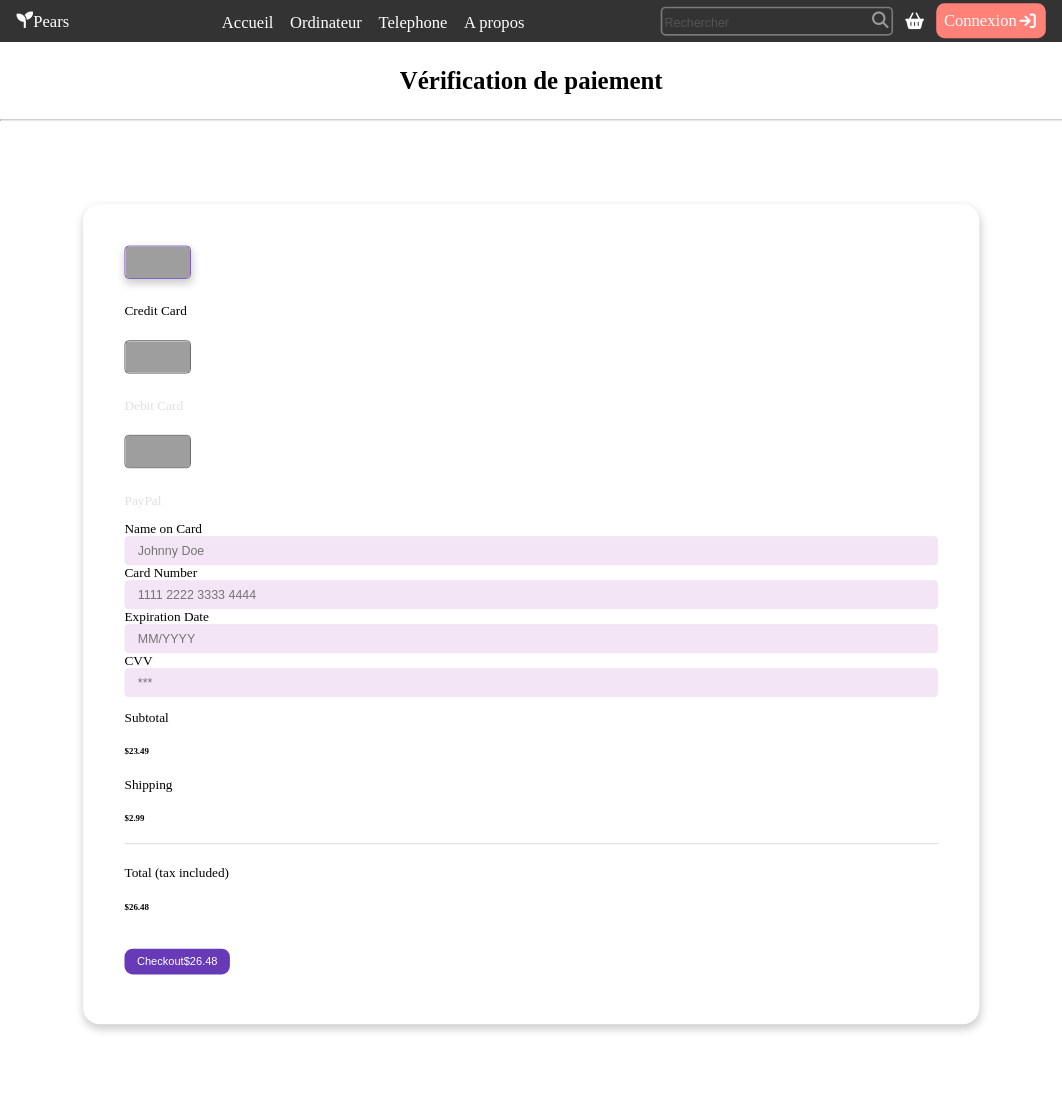
Repository: Kakouuu/PPE1-iPear
Page: http://localhost/Stage/verifpaiement.php
An editor plug-in stored every save of this project. The page is shown before and after the next save, followed by the edit.
The browser window is 1280 px wide. The pictures show the whole page, at 83% of full size.
Pictures or frames that could not be fetched are drawn as grey boxes. Some web libraries are served in a nearby version. The page is run by PHP 8.4 with error messages shown; the project is at /var/www/html/.

Above is the page before, as saved 2023-04-28 16:17:38.

### verifpaiement.php
<!DOCTYPE html>
<html lang="en">

<?php
    session_start();
    include "nav.php";
    ?>


<head>
    <meta charset="UTF-8">
    <title>Checkout</title>
    <link rel="stylesheet" href="css/verifpaiement.css">
    <link rel="stylesheet" href="https://stackpath.bootstrapcdn.com/bootstrap/4.3.1/js/bootstrap.bundle.min.js">
    <link rel="stylesheet" href="https://cdnjs.cloudflare.com/ajax/libs/font-awesome/5.10.0-11/css/all.min.css">
    <script rel="stylesheet" href="https://cdnjs.cloudflare.com/ajax/libs/jquery/3.2.1/jquery.min.js"></script>
    <script src="js/store.js"></script>
</head>

<body>



    <h3 class="title">Vérification de paiement</h3>
    <hr>

    <div class="row justify-content-center" style="margin:100px">
        <div class="col-lg-12">
            <div class="card" style="display : row;">
                <div class="row">
                    <div class="col-lg-3 radio-group">
                        <div class="row d-flex px-3 radio"> <img class="pay" src="https://i.imgur.com/WIAP9Ku.jpg">
                            <p class="my-auto">Credit Card</p>
                        </div>
                        <div class="row d-flex px-3 radio gray"> <img class="pay" src="https://i.imgur.com/OdxcctP.jpg">
                            <p class="my-auto">Debit Card</p>
                        </div>
                        <div class="row d-flex px-3 radio gray mb-3"> <img class="pay" src="https://i.imgur.com/cMk1MtK.jpg">
                            <p class="my-auto">PayPal</p>
                        </div>
                    </div>
                    <div class="col-lg-5">
                        <div class="row px-2">
                            <div class="form-group col-md-6"> <label class="form-control-label">Name on Card</label> <input type="text" id="cname" name="cname" placeholder="Johnny Doe"> </div>
                            <div class="form-group col-md-6"> <label class="form-control-label">Card Number</label> <input type="text" id="cnum" name="cnum" placeholder="1111 2222 3333 4444"> </div>
                        </div>
                        <div class="row px-2">
                            <div class="form-group col-md-6"> <label class="form-control-label">Expiration Date</label> <input type="text" id="exp" name="exp" placeholder="MM/YYYY"> </div>
                            <div class="form-group col-md-6"> <label class="form-control-label">CVV</label> <input type="text" id="cvv" name="cvv" placeholder="***"> </div>
                        </div>
                    </div>
                    <div class="col-lg-4 mt-2">
                        <div class="row d-flex justify-content-between px-4">
                            <p class="mb-1 text-left">Subtotal</p>
                            <h6 class="mb-1 text-right">$23.49</h6>
                        </div>
                        <div class="row d-flex justify-content-between px-4">
                            <p class="mb-1 text-left">Shipping</p>
                            <h6 class="mb-1 text-right">$2.99</h6>
                        </div>
                        <div class="row d-flex justify-content-between px-4" id="tax">
                            <p class="mb-1 text-left">Total (tax included)</p>
                            <h6 class="mb-1 text-right">$26.48</h6>
                        </div> <button class="btn-block btn-blue"> <span> <span id="checkout">Checkout</span> <span id="check-amt">$26.48</span> </span> </button>
                    </div>
                </div>
            </div>
        </div>
    </div>
    </div>

### nav.php
<!DOCTYPE html>
<head>
    <meta charset="UTF-8">
    <meta http-equiv="X-UA-Compatible" content="IE  =edge">
    <link rel="stylesheet" href="css/styles.css">
    <link rel="stylesheet" href="css/footer.css">

    <script src="https://kit.fontawesome.com/db2bf29261.js" crossorigin="anonymous"></script>
    <script src="https://cdnjs.cloudflare.com/ajax/libs/jquery/3.6.0/jquery.min.js"></script>
    <script src="https://ajax.googleapis.com/ajax/libs/jquery/3.6.0/jquery.min.js"></script>
    <script src="js/store.js" ></script>
</head>
<?php

require_once "db.php";

if (isset($_SESSION['ID'])) {

    $sqla = 'SELECT * FROM `utilisateurs` where `ID_user`=' . $_SESSION['ID'];
    $resulta = mysqli_query($mysqli, $sqla);

    while (($row = mysqli_fetch_array($resulta))) {

        $prenom = $row["Prenom"];
    }


?>




<div class="welcome">Bonjour <?= $prenom; ?> !</div>



<?php
}


?>



<nav class="navbar" style="height: 50px !important;">


    <div>
        <a class="logo" href="index.php"><i class="fa-solid fa-seedling"></i> Pears</a>
    </div>


    <ul class="navbar_container">
        <li><a href="index.php" class="type">Accueil</a></li>
        <li class="services"><a href="#" title="" class="type">Ordinateur</a>
            <ul class="sous-menu">
                <li><a href="pagelegume.php?id=Portable" title="" class="type_sous">PC Portable</a></li>
                <li><a href="pagelegume.php?id=PC_Fixe" title="" class="type_sous">PC Fixe</a></li>
            </ul>
        <li class="services"><a href="#" title="" class="type">Telephone</a>
            <ul class="sous-menu">
                <li><a href="pagelegume.php?id=Samsung" title="" class="type_sous">Samsung</a></li>
                <li><a href="pagelegume.php?id=Iphone" title="" class="type_sous">Iphone</a></li>
                <li><a href="pagelegume.php?id=Huawei" title="" class="type_sous">Huawei</a></li>
            </ul>
        <li><a href="index.php" class="type">A propos</a></li>
    </ul>


    <span class="cotedroit">
      <span class="search">
            <input autocomplete="off" type="search" onkeyup="manakey(event)" oninput="salut()" name="Rechercher"
                   class="searchbar_container" placeholder="Rechercher">
            <span style="cursor: pointer;" onclick='sendad()'><i class="fa-solid fa-magnifying-glass"></i></span>
        </span>


<div class="search_prod"></div>







            <a href="test.php" class="item"><i class="fa-solid fa-basket-shopping"></i></a>

            <a href="login.php" class="log" id="co">Connexion <i class="fa-solid fa-arrow-right-to-bracket"></i> </a>


            <li class="user" id="profil"><a href="#" title="" class="type"><i class="fa-solid fa-user" name="deconnecte"></i></a>
            <ul class="user_sous">
                <li><a href="profil.php" title="" class="user_container">Profil</a></li>

                <li><a class="user_container" href="suppression.php">Deconnexion</a></li>



    </span>





    <script>
        function sendad() {
            var mot = document.getElementsByName('Rechercher')[0].value;
            console.log(mot)
            window.location = 'traitement.php?Rechercher=' + mot;
        }

        function manakey(e) {
            if (e.keyCode == 13) {
                sendad();
            }
            var clientHeight = document.querySelector('.search_prod').clientHeight;
            console.log(clientHeight);

            if (clientHeight < 356) {
                document.querySelector(".plus").style.display = "none";
            }
        }

        function salut() {
            let display = document.querySelector('.search_prod').style.display = 'block';
            var mot = document.getElementsByName('Rechercher')[0].value;
            console.log(mot)

            if(mot != "" ){
                $.post("recherche.php", {mot : mot}, function(data){
                    $('.search_prod').html(data);
                });
            }else
                document.querySelector(".search_prod").style.display ="none";
        }


        function remouve(e) {
            if (e.keyCode == 8) {
                let display = document.querySelector('.search_prod').style.display = 'none';
            }
        }




    </script>



    <div class="navbar__toggle" onclick="openOrClose()" id="mobile-menu">
        <div class="tirait">
            <span class="tirait_sous"></span>
            <span class="tirait_sous"></span>
            <span class="tirait_sous"></span>
        </div>
    </div>
</nav>
<ul class="navbar_container2">
    <li class="services2"><a href="#" title="" class="type2">Ordinateur</a>
        <ul class="sous-menu2">
            <li><a href="pagelegume.php?id=Portable" title="" class="type_sous2">PC Portable</a></li>
            <li><a href="pagelegume.php?id=Portable" title="" class="type_sous2">PC Fixe</a></li>
        </ul>
    <li class="services2"><a href="#" title="" class="type2">Telephone</a>
        <ul class="sous-menu2">
            <li><a href="pagelegume.php?id=Légume Fleurs" title="" class="type_sous2">Samsung</a></li>
            <li><a href="pagelegume.php?id=Légume Fleurs" title="" class="type_sous2">Iphone</a></li>
            <li><a href="pagelegume.php?id=Légume Fleurs" title="" class="type_sous2">Huawei</a></li>
        </ul>
</ul>

<?php
if(isset($_SESSION['ID'])){
    ?>
    <script>
    document.getElementById('co').style.display = 'none';
    document.getElementById('profil').style.display = 'block';
    </script>

<?php
}





?>


<form method="post" action="suppression.php" id="form">
       <input type="hidden" id="cache" name="cache"/>
    </form>
<script src="app.js"></script>

### db.php
<?php
$mysqli = mysqli_connect('localhost', 'root', '', 'pcbdd');
mysqli_query($mysqli, "SET NAMES utf8");
?>

### css/footer.css
/* Footer section */

.push{
    height: 800px;
}

.pdp {
    display: inline-block;
    bottom: 0;
    width: 100%;
    background-color: #333333;
}


.pdp_info {
    background-color: #333333;
    display: flex;
    height: 390px;
    justify-content: center;
}

.fa-facebook, .fa-twitter, .fa-linkedin, .fa-instagram {
    color: white;
    opacity: 0.6;
    padding-left: 10px;
    padding-right: 10px;
    margin-top: 3px;
    justify-content: center;
    font-size: 1.1rem;
}

.fa-facebook {
    padding-left: 45%;
}
.fa-envelope{
    padding: 7px;
    text-align: center;
    color: black;

}

a:link {
    text-decoration: none;
}

.item2 {
    display: block;
    margin: 5px;
    text-decoration: none;
    list-style: none;
    color: white;
    padding: 5px;

}

.item1 {
    display: block;
    margin: 5px;
    text-decoration: none;
    list-style: none;
    color: white;
    padding: 5px;

}


.mention {
    background-color: #272727;
    color: white;
    opacity: 0.5;
}

@media screen and (max-width: 909px){
    .item2{
        display: block;
        font-size: 1.1rem;
        text-align: center;
    }
}


.input-icons i {
    position: absolute;
}

.input-field {
    height: 30px;
    width: 200px;
    padding-left:30px;
    text-align: center;
}

.validate{
    height: 30px;
    color: white;
    background-color: #333333;
    cursor: pointer;
}

.validate:hover{
    background-color: #50C878;
}

.infosite{
    color: white;

}

### css/verifpaiement.css
.title{
    text-align: center;
    font-size: 30px;
    font-weight: bold;
    margin : 30px;
}


.plus-minus {
    position: relative;
}

.plus {
    position: absolute;
    top: -4px;
    left: 2px;
    cursor: pointer;
}

.minus {
    position: absolute;
    top: 8px;
    left: 5px;
    cursor: pointer;
}

.vsm-text:hover {
    color: #FF5252;
}

.card {
    margin: 40px 0px;
    padding: 40px 50px;
    border-radius: 20px;
    border: none;
    box-shadow: 1px 5px 10px 1px rgba(0,0,0,0.2);
}

input, textarea {
    background-color: #F3E5F5;
    padding: 8px 15px 8px 15px;
    width: 100%;
    border-radius: 5px !important;
    box-sizing: border-box;
    border: 1px solid #F3E5F5;
    font-size: 15px !important;
    color: #000 !important;
    font-weight: 300;
}

input:focus, textarea:focus {
    -moz-box-shadow: none !important;
    -webkit-box-shadow: none !important;
    box-shadow: none !important;
    border: 1px solid #9FA8DA;
    outline-width: 0;
    font-weight: 400;
}

button:focus {
    -moz-box-shadow: none !important;
    -webkit-box-shadow: none !important;
    box-shadow: none !important;
    outline-width: 0;
}

.pay {
    width: 80px;
    height: 40px;
    border-radius: 5px;
    border: 1px solid #673AB7;
    margin: 10px 20px 10px 0px;
    cursor: pointer;
    box-shadow: 1px 5px 10px 1px rgba(0,0,0,0.2);
}

.gray {
    -webkit-filter: grayscale(100%);
    -moz-filter: grayscale(100%);
    -o-filter: grayscale(100%);
    -ms-filter: grayscale(100%);
    filter: grayscale(100%);
    color: #E0E0E0;
}

.gray .pay {
    box-shadow: none;
}

#tax {
    border-top: 1px lightgray solid;
    margin-top: 10px;
    padding-top: 10px;
}

.btn-blue {
    border: none;
    border-radius: 10px;
    background-color: #673AB7;
    color: #fff;
    padding: 8px 15px;
    margin: 20px 0px;
    cursor: pointer;
}

.btn-blue:hover {
    background-color: #311B92;
    color: #fff;
}

#checkout {
    float: left;
}

#check-amt {
    float: right;
}

@media screen and (max-width: 768px) {
    .book, .book-img {
        width: 100px;
        height: 150px;
    }

    .card {
        padding-left: 15px;
        padding-right: 15px;
    }

    .mob-text {
        font-size: 13px;
    }

    .pad-left {
        padding-left: 20px;
    }
}

Loaded but not shown: js/store.js (27 lines, source omitted); app.js (4 lines, source omitted); css/styles.css (824 lines, source omitted)

After the next save:
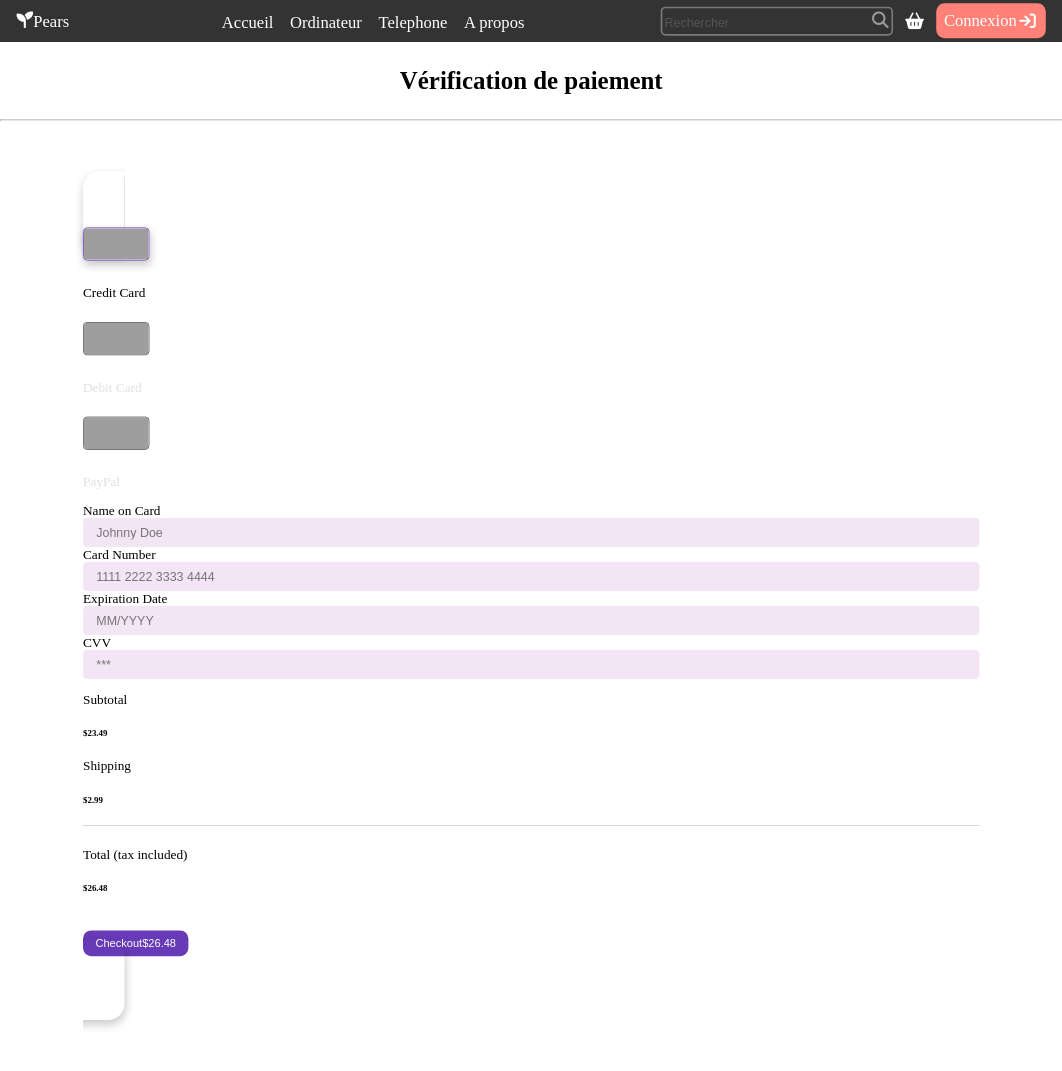
Saved 68 s later.
--- a/verifpaiement.php
+++ b/verifpaiement.php
@@ -26,7 +26,7 @@
 
     <div class="row justify-content-center" style="margin:100px">
         <div class="col-lg-12">
-            <div class="card" style="display : row;">
+            <div class="card" style="display : inline;">
                 <div class="row">
                     <div class="col-lg-3 radio-group">
                         <div class="row d-flex px-3 radio"> <img class="pay" src="https://i.imgur.com/WIAP9Ku.jpg">
